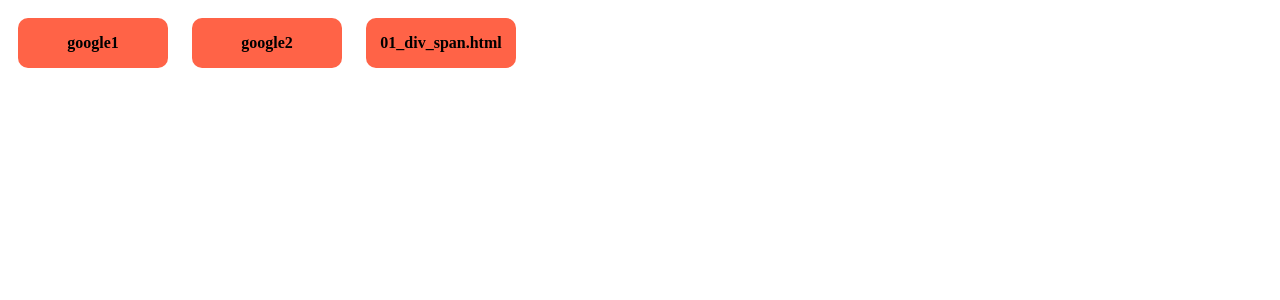
Repository: sangah-park98/jsp-class
Page: k20230503_1_html/src/main/webapp/13_a.html
An editor plug-in stored every save of this project. The page is shown before and after the next save, followed by the edit.
The browser window is 1280 px wide. The pictures show the whole page.

Above is the page before, as saved 2023-05-03 06:35:03.

After the next save:
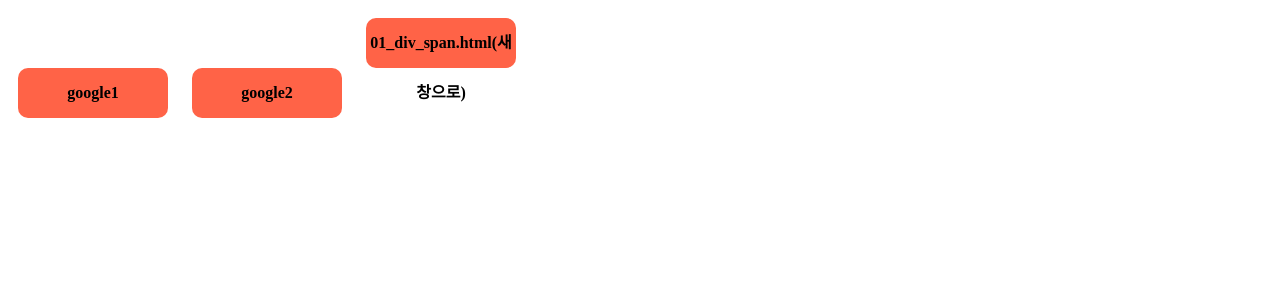
Saved 57 s later.
--- a/k20230503_1_html/src/main/webapp/13_a.html
+++ b/k20230503_1_html/src/main/webapp/13_a.html
@@ -43,7 +43,7 @@
 
 <a class="btn" href="https://www.google.com/">google1</a>
 <a class="btn" href="https://www.google.com/" target="blank">google2</a>
-<a class="btn" href="01_div_span.html">01_div_span.html</a>
+<a class="btn" href="01_div_span.html">01_div_span.html(새창으로)</a>
 
 </body>
 </html>
